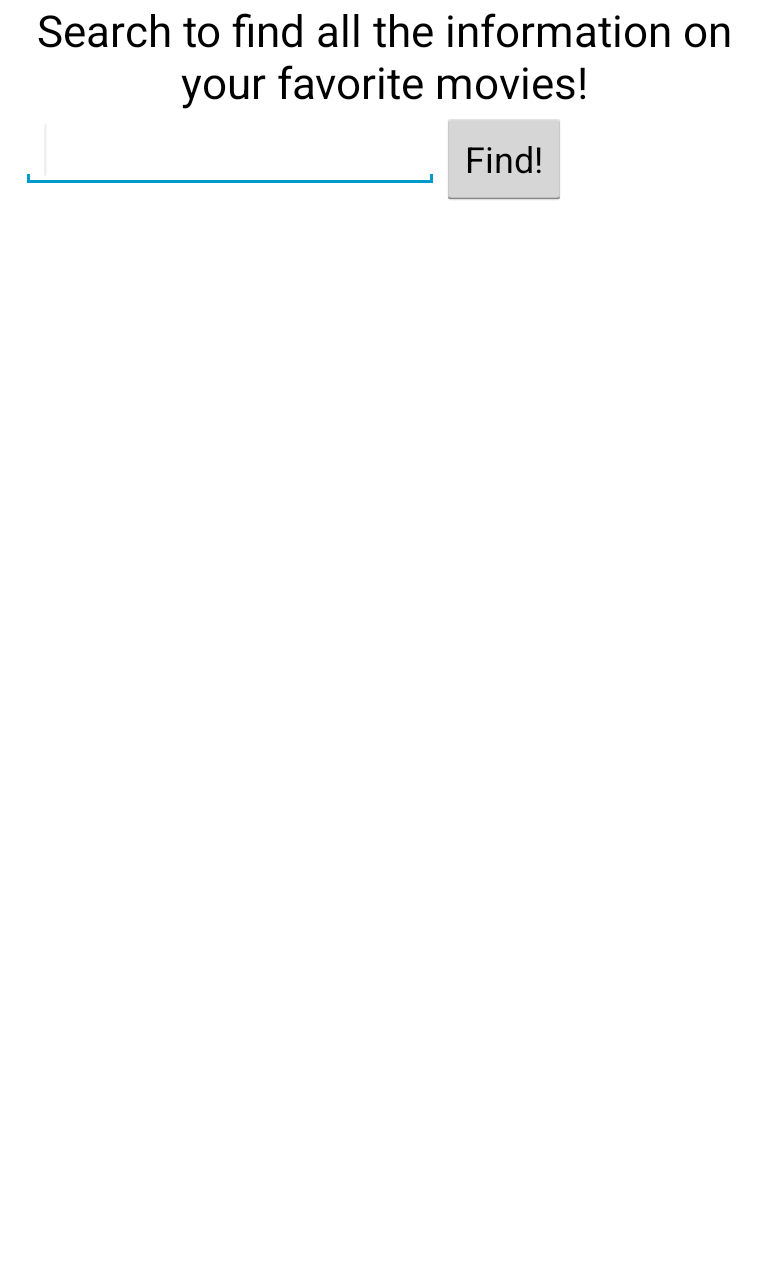
Repository: laurenelder/Java2_Elder
Layout: MovieLookup/res/layout/activity_main.xml
The author's editor kept a copy of each file at every save. The layout is drawn from the files as they stood at one save, then again after the next save.
It is drawn on a 768 x 1280 px phone screen (xhdpi) without system bars, with theme AppTheme; the app's code is not run. Lists and similar views that code fills are empty.

Above is the layout before, as saved 2014-07-09 23:27:44.

### MovieLookup/res/layout/activity_main.xml
<LinearLayout xmlns:android="http://schemas.android.com/apk/res/android"
    xmlns:tools="http://schemas.android.com/tools"
    android:id="@+id/container"
    android:layout_width="match_parent"
    android:layout_height="match_parent"
    android:orientation="vertical"
    tools:context="com.laurenelder.movielookup.MainActivity"
    tools:ignore="MergeRootFrame" >

    <TextView
        android:id="@+id/textView1"
        android:layout_width="wrap_content"
        android:layout_height="wrap_content"
        android:text="@string/title_text"
        android:textAppearance="?android:attr/textAppearanceLarge"
        android:layout_gravity="center"
        android:gravity="center" />

    <RelativeLayout
        android:layout_width="match_parent"
        android:layout_height="wrap_content" >

        <EditText
            android:id="@+id/editText1"
            android:layout_width="wrap_content"
            android:layout_height="wrap_content"
            android:layout_alignParentLeft="true"
            android:layout_alignParentTop="true"
            android:layout_marginLeft="10dp"
            android:ems="10" >

            <requestFocus />
        </EditText>

        <Button
            android:id="@+id/button1"
            android:layout_width="wrap_content"
            android:layout_height="wrap_content"
            android:layout_alignParentTop="true"
            android:layout_alignRight="true"
            android:layout_toRightOf="@+id/editText1"
            android:layout_marginRight="10dp"
            android:text="@string/button_text" />

    </RelativeLayout>

    <ListView
        android:id="@+id/listView1"
        android:layout_width="match_parent"
        android:layout_height="wrap_content" >
    </ListView>

</LinearLayout>

### MovieLookup/res/values/strings.xml
<?xml version="1.0" encoding="utf-8"?>
<resources>

    <string name="app_name">Movie Lookup</string>
    <string name="hello_world">Hello world!</string>
    <string name="action_settings">Settings</string>
    <string name="title_text">Search to find all the information on your favorite movies!</string>
    <string name="button_text">Find!</string>

</resources>

Loaded but not shown: MovieLookup/res/values/styles.xml (common file); MovieLookup/res/values-v11/styles.xml (common file); MovieLookup/res/values-v14/styles.xml (common file)

After the next save:
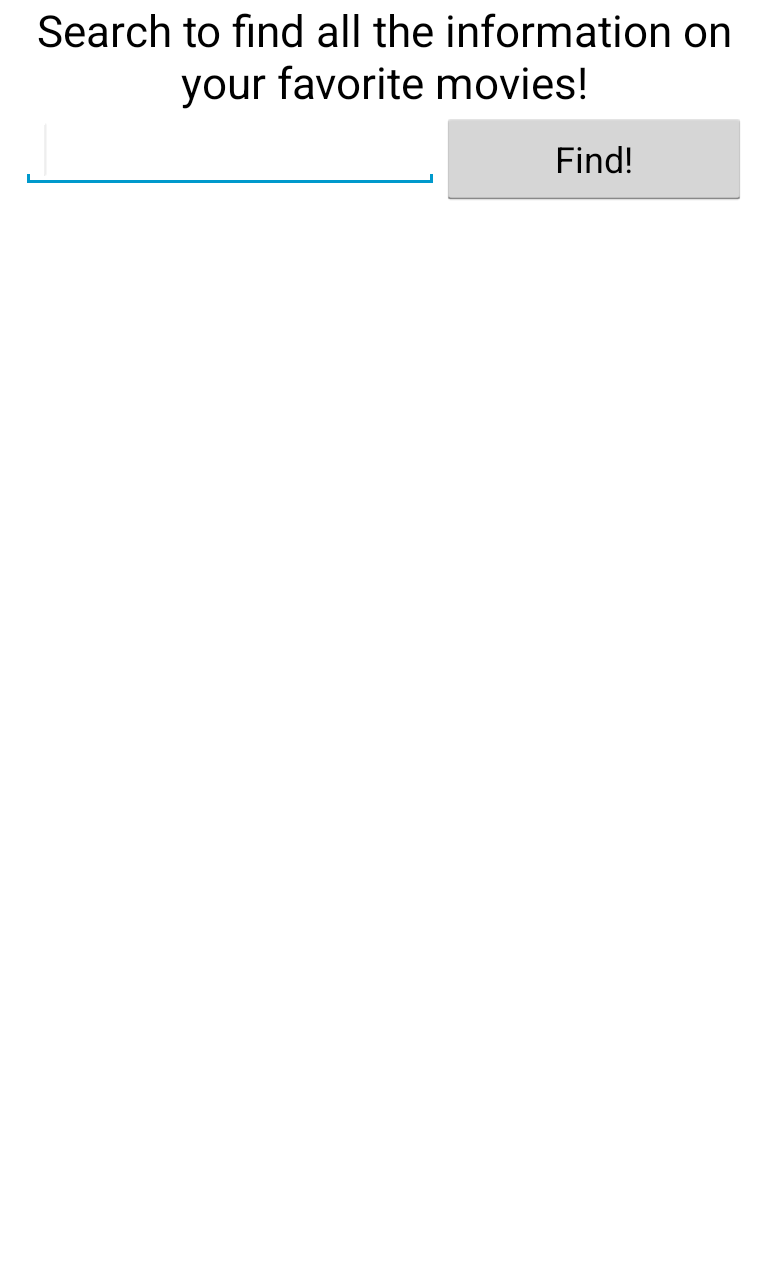
Saved 23 s later.
--- a/MovieLookup/res/layout/activity_main.xml
+++ b/MovieLookup/res/layout/activity_main.xml
@@ -37,7 +37,7 @@
             android:layout_width="wrap_content"
             android:layout_height="wrap_content"
             android:layout_alignParentTop="true"
-            android:layout_alignRight="true"
+            android:layout_alignParentRight="true"
             android:layout_toRightOf="@+id/editText1"
             android:layout_marginRight="10dp"
             android:text="@string/button_text" />
